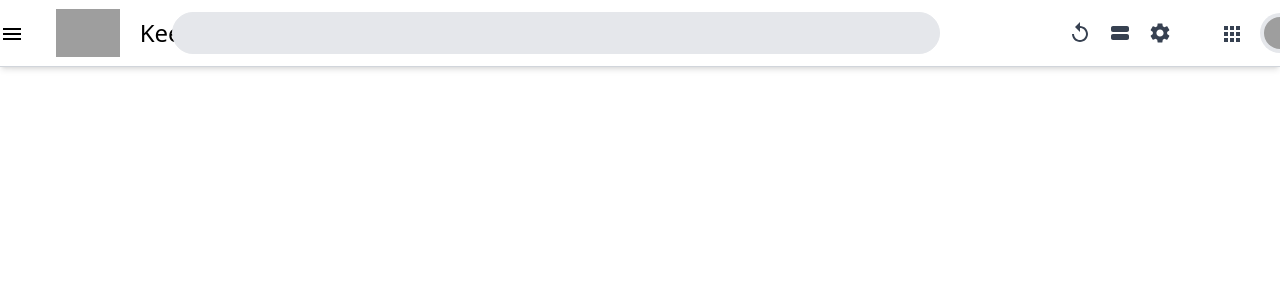
Repository: theanmol-raj/GoogleKeepCloneTutorial
Page: /
These files come from the project's save history. The page is drawn as it stood at one moment and after the next save; the edit follows.
The browser window is 1280 px wide. The pictures show the whole page.
Pictures or frames that could not be fetched are drawn as grey boxes. The project was rebuilt for these pictures with package versions that can differ from the ones it lists, and the page was loaded fresh each time.

Above is the page before, as saved 2022-08-29 20:48:00.

After the next save:
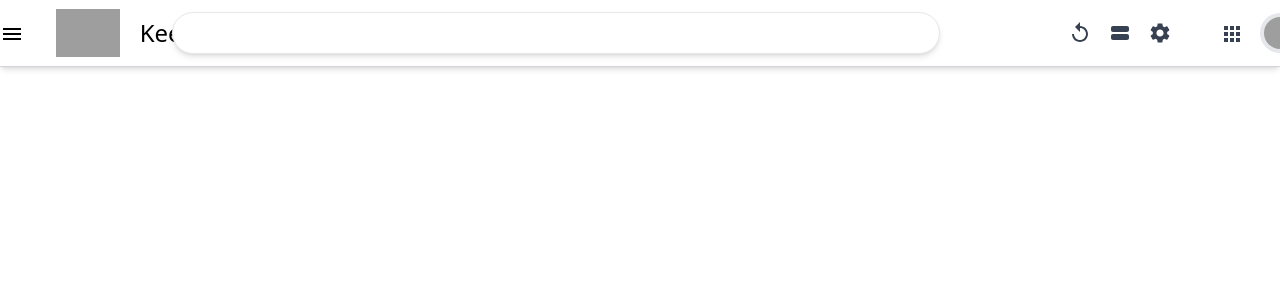
Saved 9 s later.
--- a/src/Components/Navbar.jsx
+++ b/src/Components/Navbar.jsx
@@ -6,7 +6,7 @@
 import ViewStreamIcon from "@mui/icons-material/ViewStream";
 
 function Navbar() {
-  const [search , setSearch] = useState(false);
+  const [search , setSearch] = useState(true);
 
   return (
     <div className=" fixed top-0 w-screen px-3 py-2 flex justify-between items-center border-b border-gray-300 shadow-md bg-white">

After the save that followed:
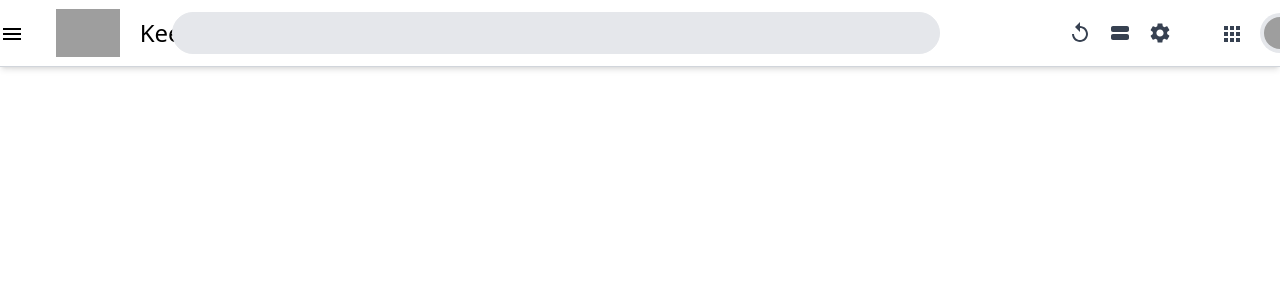
Saved 5 s later.
--- a/src/Components/Navbar.jsx
+++ b/src/Components/Navbar.jsx
@@ -6,7 +6,7 @@
 import ViewStreamIcon from "@mui/icons-material/ViewStream";
 
 function Navbar() {
-  const [search , setSearch] = useState(true);
+  const [search , setSearch] = useState(false);
 
   return (
     <div className=" fixed top-0 w-screen px-3 py-2 flex justify-between items-center border-b border-gray-300 shadow-md bg-white">
